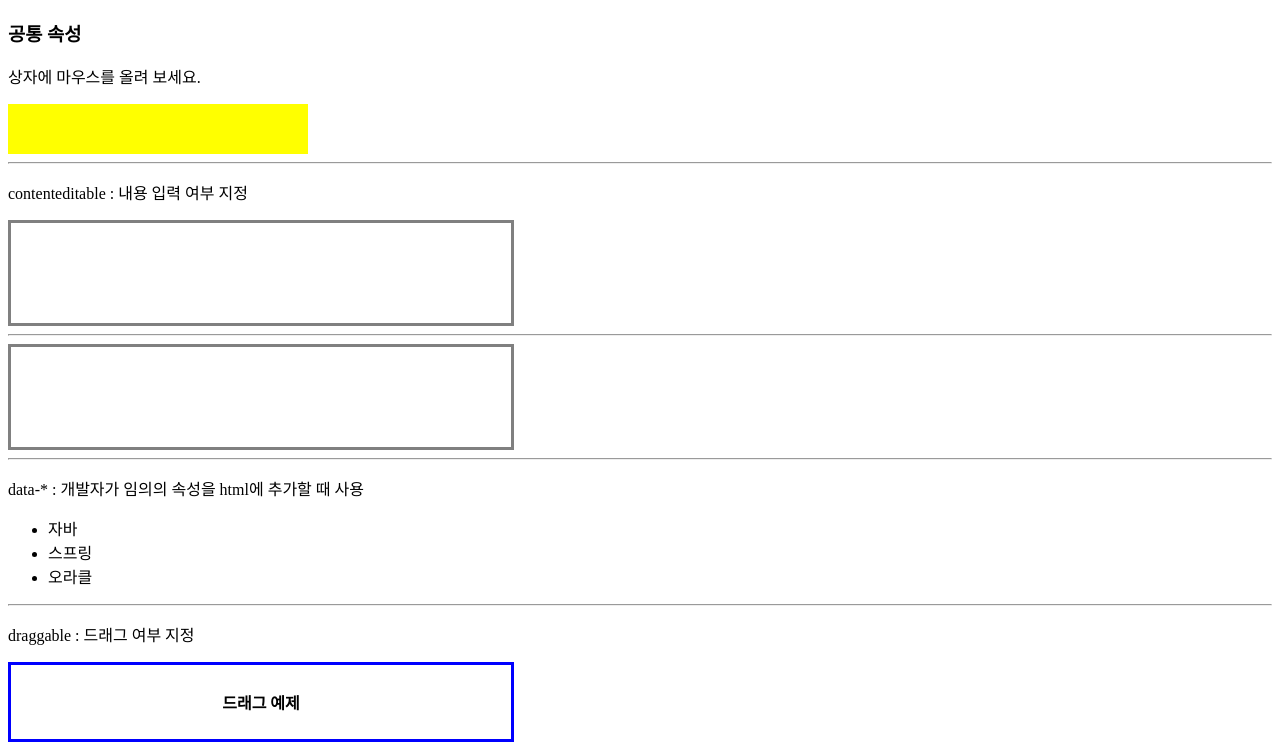
Repository: JiYoon0712/HTML_CSS_javascript
Page: work/study/src/main/webapp/htmlEx/ch02/ex06.html
These files come from the project's save history. The page is drawn as it stood at one moment and after the next save; the edit follows.
The browser window is 1280 px wide. The pictures show the whole page.

Above is the page before, as saved 2023-04-03 03:26:58.

### work/study/src/main/webapp/htmlEx/ch02/ex06.html
<!DOCTYPE html>
<html>
<head>
<meta charset="UTF-8">
<title>Insert title here</title>

<style type="text/css">
.box{
	border: 3px solid gray;
	width: 500px;
	height: 100px;
	overflow: auto;
}

.box2{
	border: 3px solid blue;
	width: 450px;
	padding: 25px;
	text-align: center;
	font-weight: 700;
}

</style>

</head>
<body>

<h3> 공통 속성 </h3>
<!-- 속성 : 요소의 시작태그에 사용하여 명령어를 구체화 하는 역할을 한다. -->

<p>상자에 마우스를 올려 보세요.</p>
<div title="안녕..." style="width:300px; height:50px; background: yellow;"></div>
<hr>

<p>contenteditable : 내용 입력 여부 지정</p>
<div class="box"></div>
<hr>
<div class="box" contenteditable="true"></div>
<hr>

<p>data-* : 개발자가 임의의 속성을 html에 추가할 때 사용</p>
<ul>
	<li data-subject="java">자바</li>
	<li data-subject="spring">스프링</li>
	<li data-subject="oracle">오라클</li>
</ul>
<hr>

<p>draggable : 드래그 여부 지정</p>
<div class="box2" draggable="true">드래그 예제</div>

</body>
</html>

After the next save:
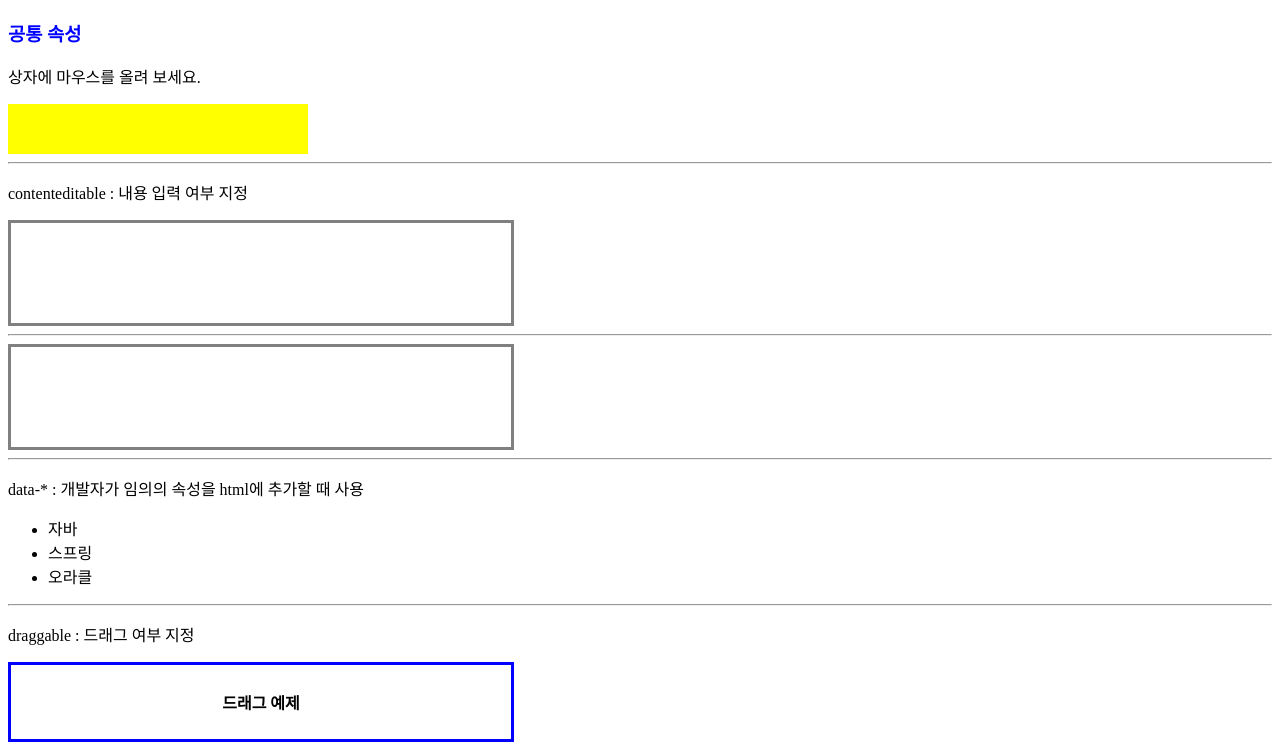
Saved 5 min 2 s later.
--- a/work/study/src/main/webapp/htmlEx/ch02/ex06.html
+++ b/work/study/src/main/webapp/htmlEx/ch02/ex06.html
@@ -18,6 +18,10 @@
 	padding: 25px;
 	text-align: center;
 	font-weight: 700;
+}
+
+h3{
+	color:blue;
 }
 
 </style>
